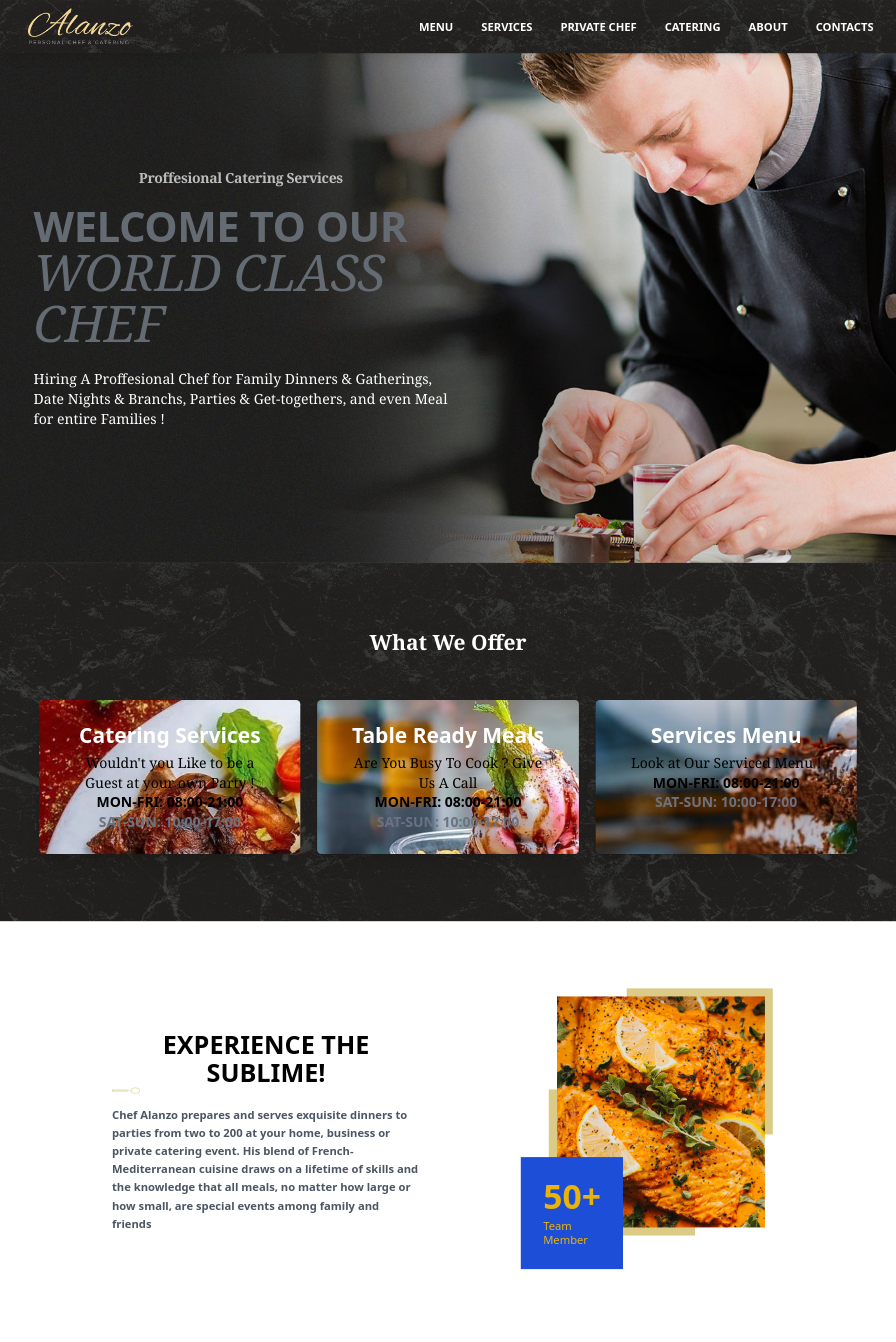
Repository: remydev47/alanzo
Page: /
These files come from the project's save history. The page is drawn as it stood at one moment and after the next save; the edit follows.
The browser window is 1280 px wide. The pictures show the whole page, at 70% of full size.
The project was rebuilt for these pictures with package versions that can differ from the ones it lists, and the page was loaded fresh each time. The framework's server and built-in components were replaced by stand-ins that run in the browser. Also part of the build but not shown: next.config.js, components/Consulting.tsx, components/Catering.tsx, components/Menu.tsx, components/Testimonials.tsx, components/CTA.tsx, components/Footer.tsx.

Above is the page before, as saved 2022-12-17 12:27:39.

### pages/_app.tsx
import '../styles/globals.css'
import type { AppProps } from 'next/app'
import Navbar from '../components/Navbar'

function MyApp({ Component, pageProps }: AppProps) {
  return (
    <>

      <Component {...pageProps} />
    </>
  )
}

export default MyApp

### pages/index.tsx
import type { NextPage } from 'next'
import Head from 'next/head'
import Image from 'next/image'
import { Aboutus, Hero, Services } from '../components'
import Navbar from '../components/Navbar'


const Home: NextPage = () => {
  return (
    <div className="bg-[url('/images/bg_2.jpg')]">
      <Head>
        <title>Avantos</title>
        <link rel="icon" href="/favicon.ico" />
      </Head>
      <Navbar />
      <Hero />
      <Services />
      <Aboutus />

    </div>
  )
}

export default Home

### components/index.ts
import Hero from "./Hero";
import Services from "./Services";
import Aboutus from "./Aboutus";
import Consulting from "./Consulting";
import Catering from "./Catering";
import Menu from "./Menu";
import Testimonials from "./Testimonials";
import CTA from "./CTA";
import Footer from "./Footer";

export {
    Hero, Services, CTA, Catering, Consulting, Footer, Menu, Aboutus, Testimonials
}

### components/Navbar.tsx
import React from 'react';
import { navLinks } from '../constants';
import Menupopover from './Menupopover';
import Image from 'next/image';
import Logo from './Logo';
import { Button } from './Button';

const Navbar = () => {
  return (
    <header className="fixed inset-x-0 bg-[url('/images/bg_2.jpg')] z-20 flex justify-between items-center py-2 px-2 shadow-lg dark:bg-slate-900 sm:py-3 sm:px-8">
            <div className='flex grow-0 basis-1/3 md:hidden'>
                <Menupopover />
            </div>

             <div className='flex grow-0 ml-2 justify-center md:justify-start'>
                <Logo />

            </div>


            <ul className="list-none sm:flex hidden justify-end items-center flex-1">
            {navLinks.map((nav, index) => (
                <li
                key={nav.id}
                className={`font-bold cursor-pointer text-[16px]
                   ${index === navLinks.length - 1 ? 'mr-0' : 'mr-10'}
                  text-white `}
                >
                    <a>{nav.title}</a>
                </li>
            ))}
           </ul>


        </header>
  )
}

export default Navbar

### components/Hero.tsx
import React from 'react'

const Hero = () => {
  return (
    <section className='relative pt-48 pb-12 xl:pt-60 sm:pb-16 lg:pb-32 xl:pb-48 2xl:pb-56'>
    <div className="absolute inset-0">
     <img className="object-cover w-full h-full" src="/images/hero.jpg" alt="" />
    </div>
   <div className='relative'>
    <div className="px-6 mx-auto sm:px-8 lg:px-12 max-w-7xl">
      <div className="w-full lg:w-2/3 xl:w-1/2">
        <h1 className="font-serif text-xl font-bold tracking-tight text-white text-opacity-70 text-center">Proffesional Catering Services</h1>
        <p className="mt-6 tracking-tighter text-[#656b72]">
          <span className="font-sans font-bold text-6xl">WELCOME TO OUR </span><br />
          <span className="font-serif italic font-BOLD text-7xl">WORLD CLASS CHEF</span>
        </p>
        <p className="mt-8 font-erif text-xl font-serif text-[#fff]">
          Hiring A Proffesional Chef for Family Dinners & Gatherings, Date Nights & Branchs, Parties & Get-togethers, and even Meal for entire Families !
        </p>
      </div>
    </div>
   </div>
  </section>
  )
}

export default Hero

### components/Services.tsx
import React from 'react'
import styles from '../styles'

const Services = () => {
  return (
    <section className={`${styles.paddings} bg-[url('/images/bg_2.jpg')] sm:py-16 lg:py-24`}>
      <div className="px-4 mx-auto max-w-7xl sm:px-6 lg:px-8">
       <div className="max-w-2xl mx-auto text-center">
        <h2 className="text-xl font-bold font-serif leading-tight text-white lg:text-3xl">What We Offer</h2>
       </div>

       <div className="grid max-w-md grid-cols-1 gap-6 mx-auto mt-8 text-center lg:max-w-full lg:mt-16 lg:grid-cols-3">

        <div className="overflow-hidden bg-[url('/images/bg-3.jpg')] shadow-xl border-gray-300 rounded-md">
          <div className="p-8 xl:px-12 flex flex-col items-center justify-center">
             <div className='flex flex-col'>
               <h1 className='text-3xl font-semibold text-[#fff]'>Catering Services</h1>
             </div>
             <h2 className='font-normal text-xl font-serif text-black text-center mt-2'>
               Wouldn't you Like to be a Guest at your own Party !
             </h2>
             <p className='text-xl text-black text-center font-bold'>
               MON-FRI: 08:00-21:00
             </p>
             <p className='text-xl text-gray-500 text-center font-bold'>
               SAT-SUN: 10:00-17:00
             </p>
          </div>
        </div>

        <div className="overflow-hidden bg-[url('/images/bg-4.jpg')] shadow-xl border-gray-300 rounded-md">
          <div className="p-8 xl:px-12 flex flex-col items-center justify-center">
             <div className='flex flex-col'>
               <h1 className='text-3xl font-semibold text-[#fff]'>Table Ready Meals</h1>
             </div>
             <h2 className='font-normal text-xl font-serif text-black text-center mt-2'>
               Are You Busy To Cook ? Give Us A Call
             </h2>
             <p className='text-xl text-black text-center font-bold'>
               MON-FRI: 08:00-21:00
             </p>
             <p className='text-xl text-gray-500 text-center font-bold'>
               SAT-SUN: 10:00-17:00
             </p>
          </div>
        </div>

        <div className="overflow-hidden bg-[url('/images/bg-5.jpg')] shadow-xl border-gray-300 rounded-md">
          <div className="p-8 xl:px-12 flex flex-col items-center justify-center">
             <div className='flex flex-col'>
               <h1 className='text-3xl font-semibold text-[#fff]'>Services Menu</h1>
             </div>
             <h2 className='font-normal text-xl font-serif text-black text-center mt-2'>
               Look at Our Serviced Menu !
             </h2>
             <p className='text-xl text-black text-center font-bold'>
               MON-FRI: 08:00-21:00
             </p>
             <p className='text-xl text-gray-500 text-center font-bold'>
               SAT-SUN: 10:00-17:00
             </p>
          </div>
        </div>



       </div>
      </div>
    </section>
  )
}

export default Services

### components/Aboutus.tsx
import React from 'react'

const Aboutus = () => {
  return (
    <section className="py-6 bg-[#fff] sm:py-16 lg:py-24">
      <div className="max-w-5xl px-4 mx-auto sm:px-6 lg:px-8">
       <div className="grid items-center grid-cols-1 gap-y-6 md:grid-cols-2 md:gap-x-20">
          <div className="">
                <h1 className='text-4xl font-semibold text-black text-center'>EXPERIENCE THE SUBLIME!</h1>
                <h2 className="text-4xl font-bold leading-tight text-black sm:text-4xl lg:text-4xl">
                  <img src='/images/spoon.png' />
                </h2>
                <p className="mt-4 text-base leading-relaxed text-gray-600 font-semibold">
                Chef Alanzo prepares and serves exquisite dinners to parties from two to 200 at your home, business or private catering event. His blend of French-Mediterranean cuisine draws on a lifetime of skills and the knowledge that all meals, no matter how large or how small, are special events among family and friends
                </p>
          </div>
          <div className=" pl-20 pr-6 sm:pl-6 md:px-0">
                <div className="relative w-full max-w-xs mt-4 mb-10 ml-auto">
                 <img className="relative -top-4 -left-4" src="/images/welcome.png" alt="" />



                    <div className="absolute -bottom-10 -left-16 m-2">


                          <div className="px-8 py-8 bg-blue-700">
                               <span className="block text-4xl font-bold text-yellow-500 lg:text-5xl"> 50+ </span>
                                <span className="block mt-2 text-base leading-tight text-yellow-500"> Team<br />Member</span>
                            </div>
                    </div>
                </div>
            </div>
       </div>
      </div>
    </section>
  )
}

export default Aboutus

### constants/index.ts
export const navLinks =[
    {
        id:"menu",
        title:"MENU",
    },
    {
        id:"services",
        title:"SERVICES",
    },
    {
        id:"privatechef",
        title:"PRIVATE CHEF",
    },
    {
        id:"catering",
        title:"CATERING",
    },
    {
        id:"aboutus",
        title:"ABOUT",
    },
    {
        id:"contacts",
        title:"CONTACTS",
    },
]

### components/Menupopover.tsx
import React, {useState, Fragment} from 'react';
import { navLinks } from '../constants';
import { IconButton, Button } from './Button';
import { Transition, Dialog } from '@headlessui/react';
import Logo from './Logo';
import Image from 'next/image';

const Menupopover = () => {
  const [isOpen, setIsOpen] = useState(false)

  return (
    <div>
    <IconButton
      variant='ghost'
      aria-label='menu'
      onClick={() => setIsOpen(!isOpen)}
    >
      <svg className='w-6 h-6 ' fill='none' stroke='currentColor'>
        <path
          strokeLinecap='round'
          strokeLinejoin='round'
          strokeWidth={2}
          d='M4 6h16M4 12h16M4 18h16'
        />
      </svg>
    </IconButton>
    <Transition
      show={isOpen}
      appear
      as={Fragment}
      enter='transform transition ease-in-out duration-300'
      enterFrom='-translate-x-full'
      enterTo='translate-x-0'
      leave='transform transition ease-in-out duration-300 delay-200'
      leaveFrom='translate-x-0'
      leaveTo='-translate-x-full'
     >
     <Dialog
       as='div'
       className={`fixed inset-0 z-50`}
       onClose={setIsOpen}
       open={isOpen}
       >
       <Transition.Child
         as={Fragment}
         enter='ease-out duration-300 delay-300'
         enterFrom='opacity-0'
         enterTo='opacity-100'
         leave='ease-in duration-200'
         leaveFrom='opacity-100'
         leaveTo='opacity-0'
       >

        <Dialog.Overlay
          className={`fixed inset-0 bg-black/20 backdrop-blur-sm dark:bg-gray-900/80`}
         />
      </Transition.Child>
       <div className={styles.dialogcontainer}>
        <a className='mx-auto mt-4 flex w-[140px] '>
          <Logo />
        </a>
        <ul
            className={styles.navWrapper2}
         >
            {navLinks.map((nav, index) => (
                <li
                 key={nav.id}
                 className={` font-bold cursor-pointer text-[16px]
                  mt-2 border-t border-slate-200 py-4 dark:border-slate-600
                  ${index === navLinks.length - 1 ? 'mr-0' : 'mb-4'}
                  text-white `}
                >
                 <a href={`#${nav.id}`}>
                    {nav.title}
                 </a>
                </li>
             ))}
         </ul>

        <IconButton
          variant='ghost'
          aria-label='close menu'
          className='absolute top-5 right-5'
          onClick={() => setIsOpen(false)}
        >
          <svg
            viewBox='0 0 10 10'
            className='h-2.5 w-2.5 overflow-visible'
            aria-hidden='true'
          >
            <path
                d='M0 0L10 10M10 0L0 10'
                fill='none'
                stroke='currentColor'
                strokeWidth='2'
                strokeLinecap='round'
              />
          </svg>
        </IconButton>
       </div>
     </Dialog>
    </Transition>
  </div>
  )
}

export default Menupopover;

const styles ={
  dialogcontainer:`fixed top-0 bottom-0 left-0 w-full max-w-xs rounded-r-xl bg-[#092341] p-6 shadow-lg dark:bg-gray-800`,
  menuitems:`group relative flex h-9 items-center oveflow-hidden rounded-md hover:bg-slate-200/50`,
  navWrapper2:`list-none flex flex-col justify-end items-center flex-1`,
}

### components/Logo.tsx
import React from 'react'
import Image from 'next/image'

const Logo = () => {
  return (
    <div>
      <Image
        src='/images/logo.png'
        alt='Alanzo'
        height={60}
        width={150}
      />
    </div>
  )
}

export default Logo

### styles/index.ts
const styles = {
    innerWidth: '2xl:max-w-[1280px] w-full',
    interWidth: 'lg:w-[80%] w-[100%]',

    paddings: 'sm:p-16 xs:p-8 px-6 py-12',
    yPaddings: 'sm:py-16 xs:py-8 py-12',
    xPaddings: 'sm:px-16 px-6',
    topPaddings: 'sm:pt-16 xs:pt-8 pt-12',
    bottomPaddings: 'sm:pb-16 xs:pb-8 pb-12',

    flexCenter: 'flex justify-center items-center',
    flexStart: 'flex justify-start items-start',
    flexEnd: 'flex justify-end',
    navPadding: 'pt-[98px]',

    // hero section
    heroHeading:
        'font-bold lg:text-[144px] md:text-[100px] sm:text-[60px] text-[44px] lg:leading-[158.4px] md:leading-[114.4px] sm:leading-[74.4px] leading-[64.4px] uppercase text-white',
    heroDText:
        'md:w-[212px] sm:w-[80px] w-[60px] md:h-[108px] sm:h-[48px] h-[38px] md:border-[18px] border-[9px] rounded-r-[50px] border-white sm:mx-2 mx-[6px]',
  };

  export default styles;

### components/Button/index.tsx
import React, { forwardRef } from "react";
//import { __DEV__ } from "../../utils/assertions";

type BaseButtonProps = Omit<React.HTMLProps<HTMLButtonElement>, "size">;

/* === Button Element === */

export interface ButtonProps extends BaseButtonProps {
  children: React.ReactNode;
  fullWidth?: boolean;
  className?: string;
  variant?: "solid" | "outline" | "ghost";
  size?: "sm" | "md" | "lg";
  as?: string;
  isExternal?: boolean;
  type?: "button" | "submit" | "reset";
}

export const Button = forwardRef<HTMLButtonElement, ButtonProps>(
  (
    {
      children,
      variant = "solid",
      size = "md",
      fullWidth = false,
      className,
      as = "button",
      isExternal = false,
      ...rest
    },
    ref
  ) => {
    let tempClassNames: string[] = [];

    const sharedClasses = [
      "capitalize",
      "focus:outline-none",
      "focus:ring-2",
      "focus:ring-indigo-400",
      "focus:ring-offset-2",
      "focus:ring-offset-indigo-50",
      "font-semibold",
      "rounded-full",
      "inline-flex",
      "flex-shrink-0",
      "items-center",
      "justify-center",
      "transition-colors",
      "ease-in-out",
      "duration-500",
    ];

    if (fullWidth) sharedClasses.push("w-full");

    // handle variants
    let btnSolid = ["bg-indigo-600", "hover:bg-indigo-700", "text-white"];
    let btnOutline = [
      "dark:text-white",
      "hover:text-indigo-700",
      "hover:dark:text-indigo-700",
      "bg-transparent",
      "hover:bg-indigo-50",
      "border",
      "border-indigo-600",
    ];
    let btnGhost = [
      "bg-transparent",
      "dark:text-white",
      "hover:bg-indigo-50",
      "hover:text-indigo-700",
      "hover:dark:text-indigo-700",
    ];

    if (variant === "solid") {
      tempClassNames = [...sharedClasses, ...btnSolid];
    } else if (variant === "outline") {
      tempClassNames = [...sharedClasses, ...btnOutline];
    } else if (variant === "ghost") {
      tempClassNames = [...sharedClasses, ...btnGhost];
    }

    // handle sizes
    let sizeSm = ["h-8", "px-2", "text-sm"];
    let sizeMd = ["h-10", "px-3"];
    let sizeLg = ["h-12", "px-4", "text-lg"];

    if (size === "sm") {
      tempClassNames = [...tempClassNames, ...sizeSm];
    } else if (size === "md") {
      tempClassNames = [...tempClassNames, ...sizeMd];
    } else if (size === "lg") {
      tempClassNames = [...tempClassNames, ...sizeLg];
    }

    let classes = tempClassNames.join(" ");

    let Element = as ? (
      React.createElement(
        as,
        {
          className: `${classes} ${className}`,
          target: isExternal ? "_blank" : undefined,
          rel: isExternal ? "noopener noreferrer" : undefined,
          ref,
          ...rest,
        },
        children
      )
    ) : (
      <button {...rest} className={`${classes} ${className}`} ref={ref}>
        {children}
      </button>
    );

    return Element;
  }
);

// if (__DEV__) {
//   Button.displayName = "Button";
// }

/* === IconButton Element === */

export interface IconButtonProps extends ButtonProps {
  icon?: React.ReactElement;
  "aria-label": string;
}

export const IconButton = forwardRef<HTMLButtonElement, IconButtonProps>(
  (
    {
      children,
      icon,
      className,
      "aria-label": ariaLabel,
      size = "md",
      ...rest
    },
    ref
  ) => {
    let sharedClasses = ["rounded-full", "!px-0"];

    // handle sizes
    let sizeSm = ["w-8"];
    let sizeMd = ["w-10"];
    let sizeLg = ["w-12"];

    if (size === "sm") {
      sharedClasses = [...sharedClasses, ...sizeSm];
    } else if (size === "md") {
      sharedClasses = [...sharedClasses, ...sizeMd];
    } else if (size === "lg") {
      sharedClasses = [...sharedClasses, ...sizeLg];
    }

    /**
     * Passing the icon as prop or children should work
     */
    const element = icon || children;
    const _children = React.isValidElement(element)
      ? React.cloneElement(element as any, {
          "aria-hidden": true,
          focusable: false,
        })
      : null;

    let classes = sharedClasses.join(" ");
    return (
      <Button
        className={`${classes} ${className}`}
        aria-label={ariaLabel}
        size={size}
        {...rest}
        ref={ref}
      >
        {_children}
      </Button>
    );
  }
)

### tailwind.config.js
/** @type {import('tailwindcss').Config} */
module.exports = {
  content: [
    './pages/**/*.{js,ts,jsx,tsx}',
    './components/**/*.{js,ts,jsx,tsx}',
  ],
  theme: {
    extend: {
      backgroundImage: {
        'bg_2': "url('/images/bg_2.jpg')",
        'bg-3': "url('/images/bg-3.jpg')",
        'bg-4': "url('/images/bg-4.jpg')",
        'bg-5': "url('/images/bg-5.jpg')",
      },
      colors: {
        'primary-black': '#1A232E',
        'secondary-white': '#c7c7c7',
      },
    },
  },
  plugins: [],
}

Loaded but not shown: styles/globals.css (common file)

After the next save:
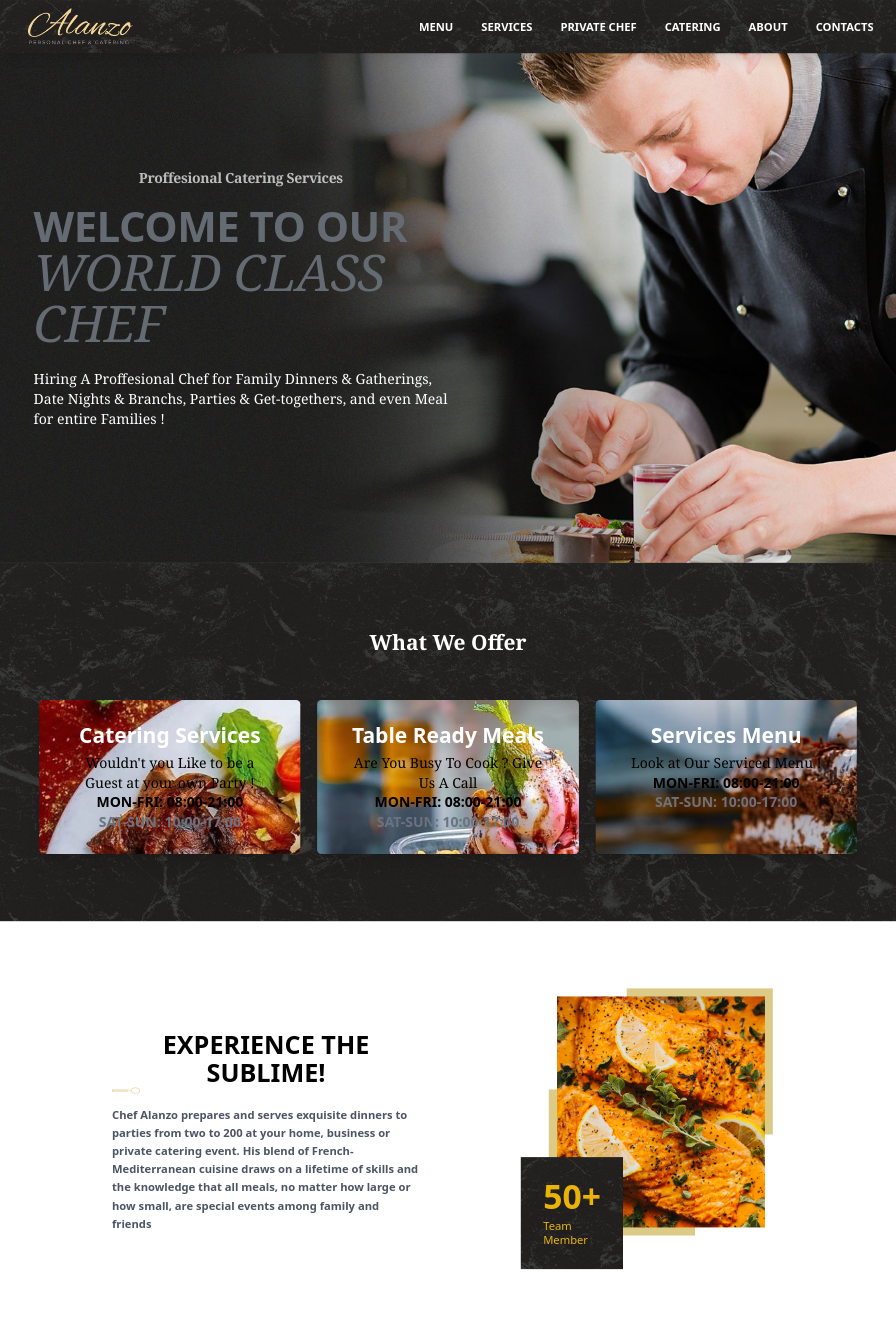
Saved 42 s later.
--- a/components/Aboutus.tsx
+++ b/components/Aboutus.tsx
@@ -23,7 +23,7 @@ const Aboutus = () => {
                     <div className="absolute -bottom-10 -left-16 m-2">
 
 
-                          <div className="px-8 py-8 bg-blue-700">
+                          <div className="px-8 py-8 bg-[url('/images/bg_2.jpg')]">
                                <span className="block text-4xl font-bold text-yellow-500 lg:text-5xl"> 50+ </span>
                                 <span className="block mt-2 text-base leading-tight text-yellow-500"> Team<br />Member</span>
                             </div>
